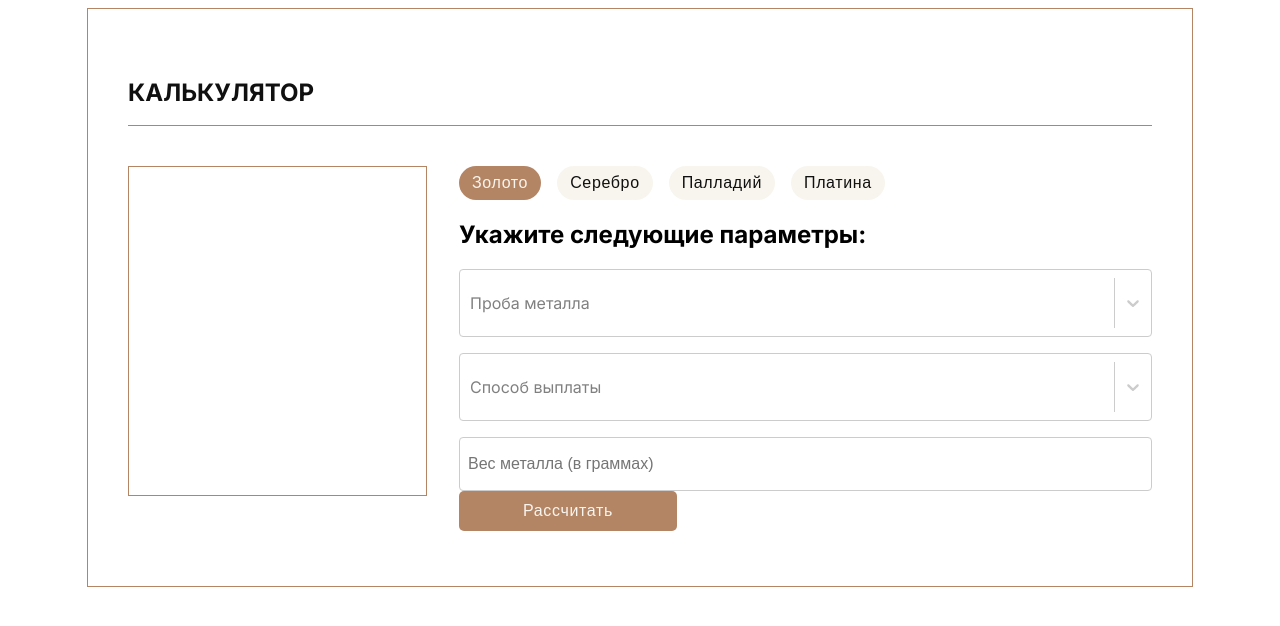
Repository: Kirill2034/Calculator-metal
Page: /
An editor plug-in stored every save of this project. The page is shown before and after the next save, followed by the edit.
The browser window is 1280 px wide. The pictures show the whole page.
The project was rebuilt for these pictures with package versions that can differ from the ones it lists, and the page was loaded fresh each time.

Above is the page before, as saved 2021-11-27 20:56:04.

### public/index.html
<!DOCTYPE html>
<html lang="en">
  <head>
    <meta charset="utf-8" />
    <meta name="viewport" content="width=device-width, initial-scale=1" />

    <link rel="preconnect" href="https://fonts.googleapis.com">
    <link rel="preconnect" href="https://fonts.gstatic.com" crossorigin>
    <link href="https://fonts.googleapis.com/css2?family=Inter:wght@300;400;500;700&display=swap" rel="stylesheet">

    <title>Калькулятор</title>
  </head>
  <body>
    <div id="root"></div>
  </body>
</html>

### src/App.js
import React, { useState } from 'react';
import './App.css';
import {Chip} from './components/Chip';
import Select from 'react-select';

const metals = [
  {
    id: 1,
    code: "gold",
    title: "Золото",
    finenessList: [
      {id: 1, value: 375, cash: 90, checkingAccount: 100},
      {id: 2, value: 575, cash: 190, checkingAccount: 250}
    ]
  },
  {
    id: 2,
    code: "argent",
    title: "Серебро",
    finenessList: [
      {id: 1, value: 460, cash: 290, checkingAccount: 200},
      {id: 2, value: 700, cash: 390, checkingAccount: 350}
    ]
  },
  {
    id: 3,
    code: "palladium",
    title: "Палладий",
    finenessList: [
      {id: 1, value: 800, cash: 490, checkingAccount: 400},
      {id: 2, value: 500, cash: 590, checkingAccount: 550}
    ]
  },
  {
    id: 4,
    code: "platinum",
    title: "Платина",
    finenessList: [
      {id: 1, value: 300, cash: 690, checkingAccount: 600},
      {id: 2, value: 500, cash: 790, checkingAccount: 750}
    ]
  },
]

const payments = [
  {
    value: "cash",
    label: "Наличные"
  },
  {
    value: "checkingAccount",
    label: "На расчётный счёт"
  }
]


const App = () => {
  const [metal, setMetal] = useState(metals[0]);
  const [fineness, setFineness] =  useState(null);
  const [payment, setPayment] = useState(null);
  const [gramms, setGramms] = useState('');
  const [sum, setSum] = useState('');
  const [disable, setDisable] = useState(true);


  const onMetalChange = (newMetalValue) => {
    setMetal(newMetalValue);

    onFinenessChange(null);
    setSum('');
  };

  const onFinenessChange = (newFinenessValue) => {
    setFineness(newFinenessValue);
  };

  const onPaymentChange = (newPaymentValue) => {
    setPayment(newPaymentValue);
  }

  const onGrammsChange = (event) => {
    setGramms(event.target.value);
  }

  const onCount = () => {
    console.log(fineness)
    const grammPrice = fineness.value[payment.value];
      const totalSum = grammPrice * parseInt(gramms);
      setSum(totalSum)
  }


  return (
    <div className="App">
      <div className="title">
        <h2>Калькулятор</h2>
      </div>
      <div className="calculator">
        <div className="metal-image"></div>
        <div className="content">
          <div className="check-metal">
            {metals.map((item) => (
            <Chip
              key={item.id}
              title={item.title}
              selected={metal.id === item.id}
              onClick={() => onMetalChange(item)}
              />
          ))}
          </div>
          <div className="select-prop-metal">
            <h2>Укажите следующие параметры:</h2>
            <Select className="select" value={fineness} onChange={onFinenessChange} options={metal.finenessList.map(item => ({value: item, label: item.value}))} placeholder="Проба металла" />
            <Select className="select" value={payment} onChange={onPaymentChange} options={payments} placeholder="Способ выплаты"/>
            <input type="number" value={gramms} onChange={onGrammsChange} placeholder="Вес металла (в граммах)"/>
          </div>
          <div className="calculate">
            <h2>Итого:{sum}</h2>
            <button onClick={onCount} disabled={disable}>Рассчитать</button>
          </div>
        </div>
      </div>
    </div>
  );
}

export default App;

### src/App.css
.App {
  width: 1024px;
  height: 537px;
  border: 1px solid #b48565;
  margin: 0 auto;
  font-family: "Inter", sans-serif;
  padding: 0 40px;
  padding-bottom: 40px;
}
.App .title {
  border-bottom: 1px solid #b48565;
  text-transform: uppercase;
  font-weight: 900;
  font-size: 16px;
  line-height: 24px;
  color: #101010;
  margin-top: 72px;
  margin-bottom: 40px;
}

.App .calculator {
  display: flex;
}
.App .calculator .metal-image {
  width: 30%;
  height: 328px;
  border: 1px solid #b48565;
  margin-right: 32px;
}
.App .calculator .content {
  width: 70%;
}
.App .calculator .calculate {
  display: flex;
  align-items: center;
  justify-content: space-between;
}
.App .calculator .calculate button {
  border: none;
  box-shadow: none;
  outline: none;
  background: #b48565;
  border-radius: 5px;
  font-weight: normal;
  font-size: 16px;
  line-height: 24px;
  letter-spacing: 0.04em;
  color: #f8f5ee;
  padding: 8px 64px;
  cursor: pointer;
}
.App .calculator .select-prop-metal input {
  -webkit-box-align: center;
  align-items: center;
  background-color: hsl(0, 0%, 100%);
  border-color: hsl(0, 0%, 80%);
  border-radius: 4px;
  border-style: solid;
  border-width: 1px;
  cursor: default;
  display: flex;
  flex-wrap: wrap;
  -webkit-box-pack: justify;
  justify-content: space-between;
  min-height: 38px;
  outline: 0 !important;
  position: relative;
  transition: all 100ms;
  box-sizing: border-box;
  height: 54px;
  padding: 2px 8px;
  width: 100%;
  font-size: 16px;
  line-height: 24px;
  color: #101010;
}
.App .select {
  margin-bottom: 16px;
}

.App .calculate h2 {display: none;}

### src/components/Chip/index.js
import Chip from './Chip.js';
export {Chip};

### src/components/Chip/Chip.js
import React from 'react';
import './Chip.css';
import cn from "classnames";

const Chip = ({title, selected, onClick}) => {
    return (
        <button
            className={cn("Chip", {selected})}
            onClick={onClick}
        >{title}</button>
    )
}

export default Chip;

### src/components/Chip/Chip.css
.Chip {border: 1px solid transparent; box-shadow: none; outline: none; background: #F8F5EE; border-radius: 100px; padding: 4px 12px; color: #101010; font-weight: normal; font-size: 16px; line-height: 24px; letter-spacing: 0.04em; margin-right: 16px; cursor: pointer;}
.Chip:hover {border: 1px solid #B48565; cursor: pointer;}
.Chip.selected {color: #F8F5EE; background: #B48565;}

Loaded but not shown: src/index.js (common file)

After the next save:
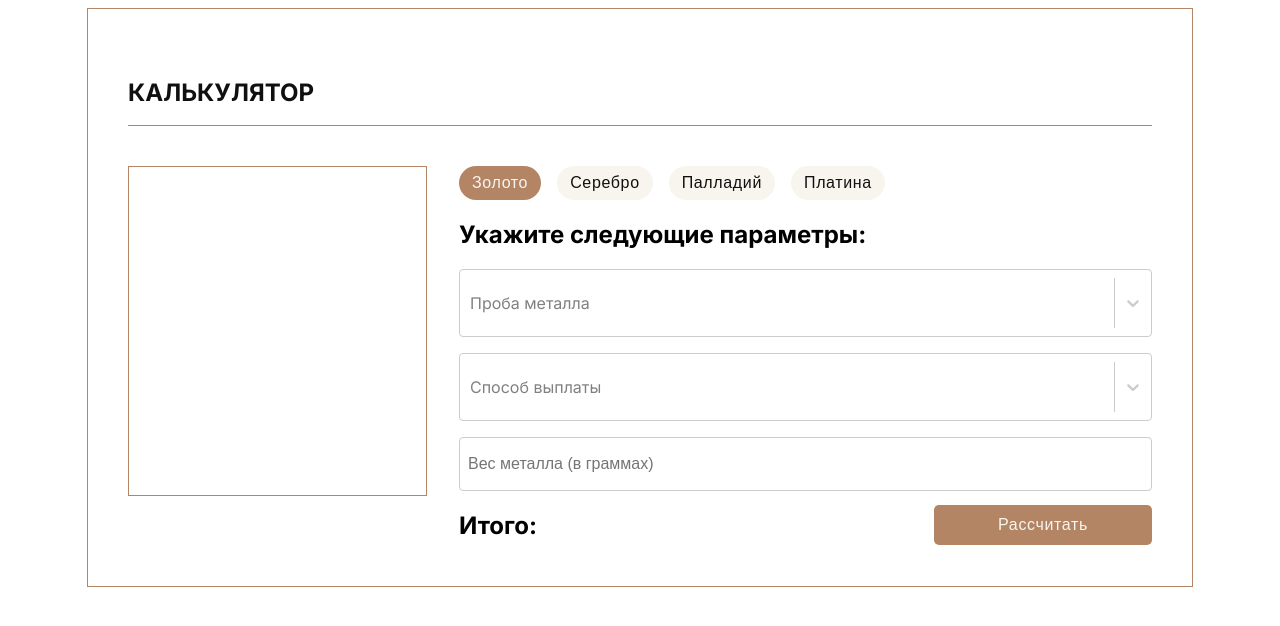
Saved 102 min 41 s later.
--- a/src/App.css
+++ b/src/App.css
@@ -78,4 +78,4 @@
   margin-bottom: 16px;
 }
 
-.App .calculate h2 {display: none;}
+.App .calculate h2 {}
